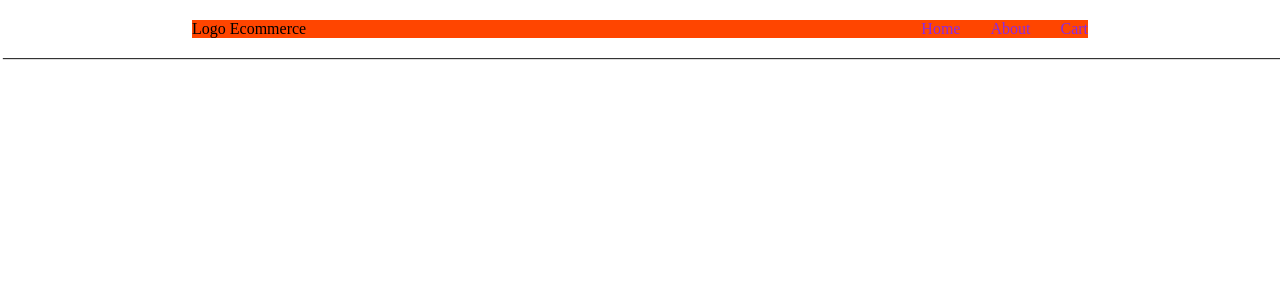
Repository: SD-Mdouka/ecommerce
Page: /
An editor plug-in stored every save of this project. The page is shown before and after the next save, followed by the edit.
The browser window is 1280 px wide. The pictures show the whole page.
Some web fonts or font styles are not loaded; a fallback is used. The project was rebuilt for these pictures with package versions that can differ from the ones it lists, and the page was loaded fresh each time. The framework's server and built-in components were replaced by stand-ins that run in the browser. Also part of the build but not shown: next.config.js.

Above is the page before, as saved 2022-08-19 23:42:12.

### pages/index.js
import Navbar from "./../component/Navbar";

const index = () => {
  return (
    <div>
      <Navbar />
    </div>
  );
};

export default index;

### styles/globals.css
@import url("https://fonts.googleapis.com/css2?family=DynaPuff:wght@500;600&display=swap");
* {
    box-sizing: border-box;
    padding: 0;
    margin: 0;
}

html,
body {
    font-family: "DynaPuff", cursive;
}

a {
    color: inherit;
    text-decoration: none;
}

ul {
    list-style: none;
}

.container {
    max-width: 1100px;
    width: 70%;
    margin: 0 auto;
    background-color: orangered;
}

### component/Navbar.js
import Link from "next/link";
import Styles from "./../styles/Navbar.module.css";

const Navbar = () => {
  return (
    <nav className={Styles.navbar} role="navigation">
      <div className={Styles.container + " container"}>
        <div className="logo" href="#">
          Logo Ecommerce
        </div>
        <ul className="nav navbar-nav">
          <li>
            <Link href="/">Home</Link>
          </li>
          <li>
            <Link href="/about">About</Link>
          </li>
          <li>
            <Link href="/card">Cart</Link>
          </li>
        </ul>
      </div>
    </nav>
  );
};
export default Navbar;

### styles/Navbar.module.css
.navbar {
    padding: 20px 0;
    box-shadow: 3px 1px 1px #333;
}

.navbar .container {
    display: flex;
    justify-content: space-between;
    align-items: center;
}

.container ul {
    display: flex;
}

.container ul li {
    margin-left: 30px;
}

.container ul li a {
    color: blueviolet;
}

.logo {
    font-size: 2rem;
}

Loaded but not shown: pages/_app.js (common file)

After the next save:
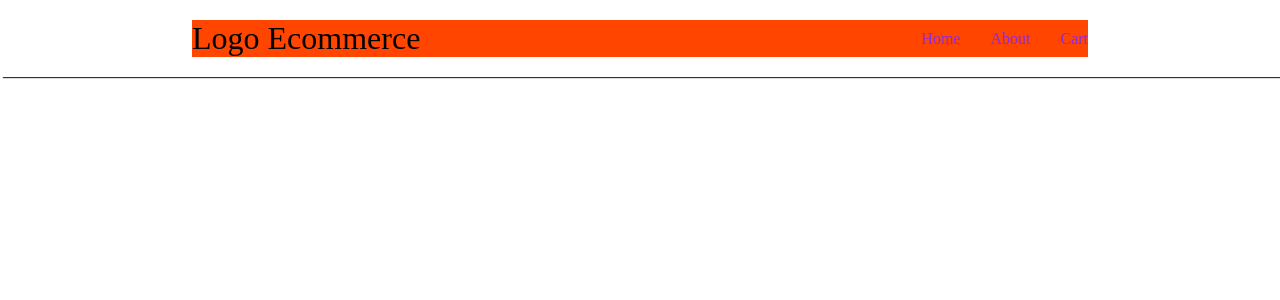
Saved 16 s later.
--- a/component/Navbar.js
+++ b/component/Navbar.js
@@ -5,7 +5,7 @@ const Navbar = () => {
   return (
     <nav className={Styles.navbar} role="navigation">
       <div className={Styles.container + " container"}>
-        <div className="logo" href="#">
+        <div className={Styles.logo} href="#">
           Logo Ecommerce
         </div>
         <ul className="nav navbar-nav">
